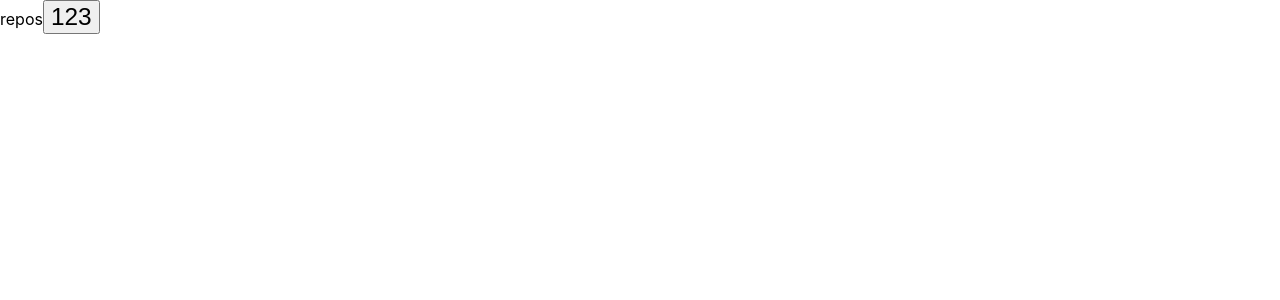
Repository: KouSum/km-vite-react
Page: /repos
The author's editor kept a copy of each file at every save. The page is drawn from the files as they stood at one save, then again after the next save.
The browser window is 1280 px wide. The pictures show the whole page.
The project was rebuilt for these pictures with package versions that can differ from the ones it lists, and the page was loaded fresh each time. Also part of the build but not shown: vite.config.ts.

Above is the page before, as saved 2021-03-06 21:16:47.

After the next save:
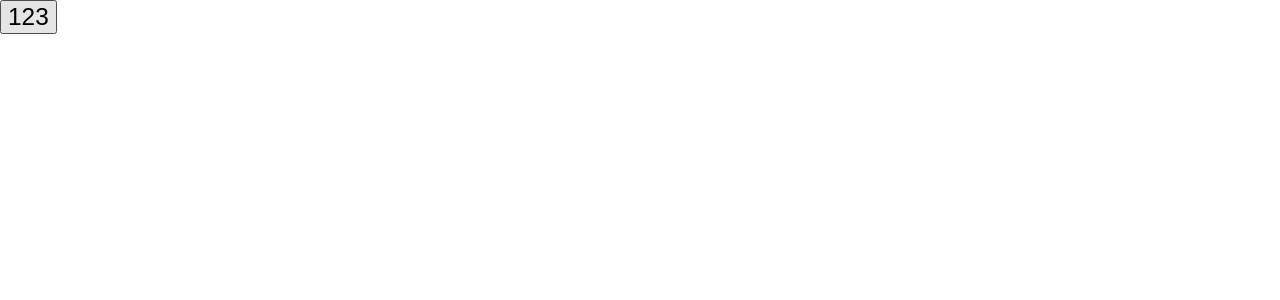
Saved 16 s later.
--- a/src/components/Repos.tsx
+++ b/src/components/Repos.tsx
@@ -15,7 +15,6 @@ import {
 const App: FC = (props)=>{
   return (
     <div>
-        repos
       <Button>123</Button>
     </div>
   );
